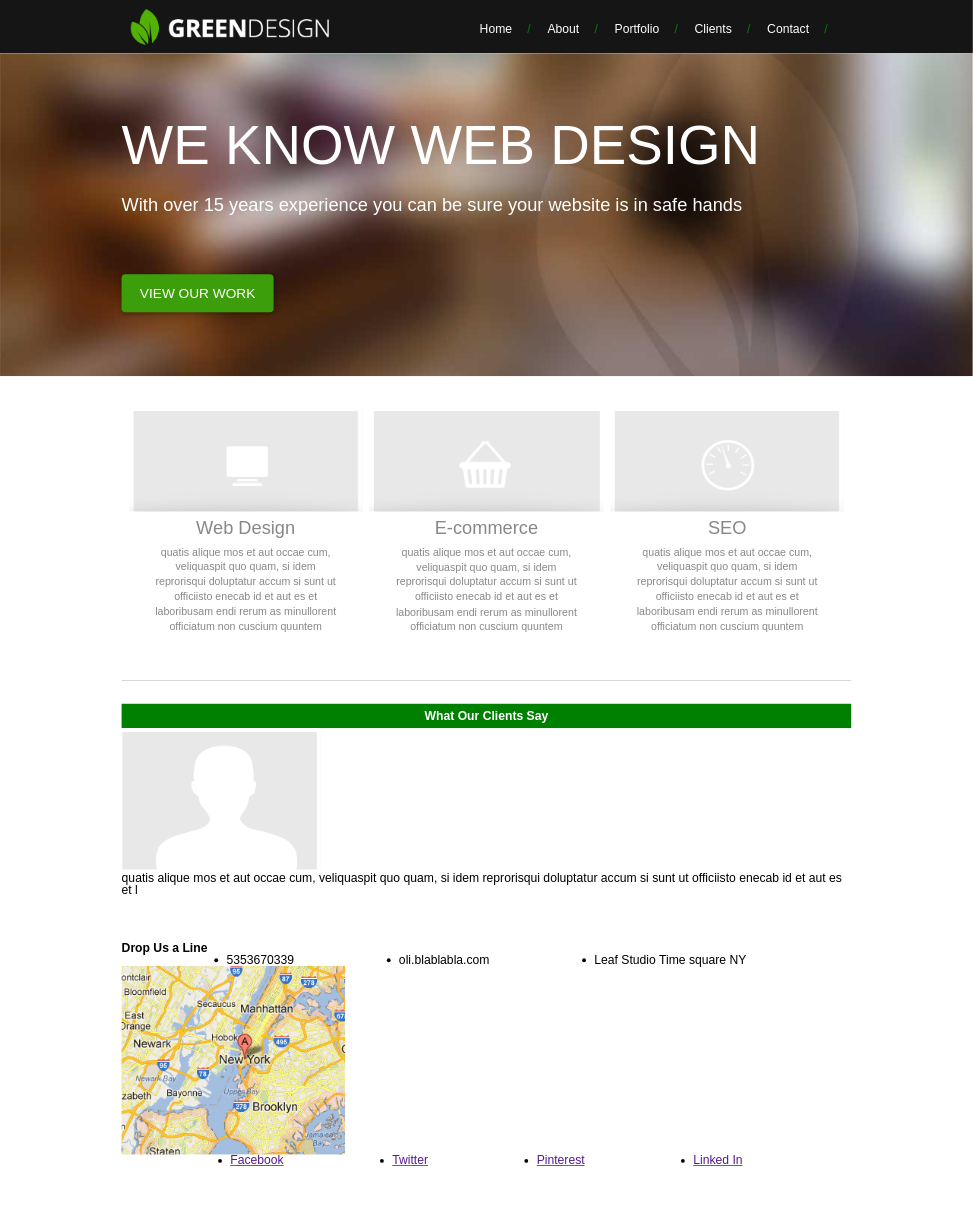
Repository: Piterwk1/psd-to-html
Page: website/index.html
An editor plug-in stored every save of this project. The page is shown before and after the next save, followed by the edit.
The browser window is 1280 px wide. The pictures show the whole page, at 76% of full size.

Above is the page before, as saved 2021-09-14 21:32:40.

After the next save:
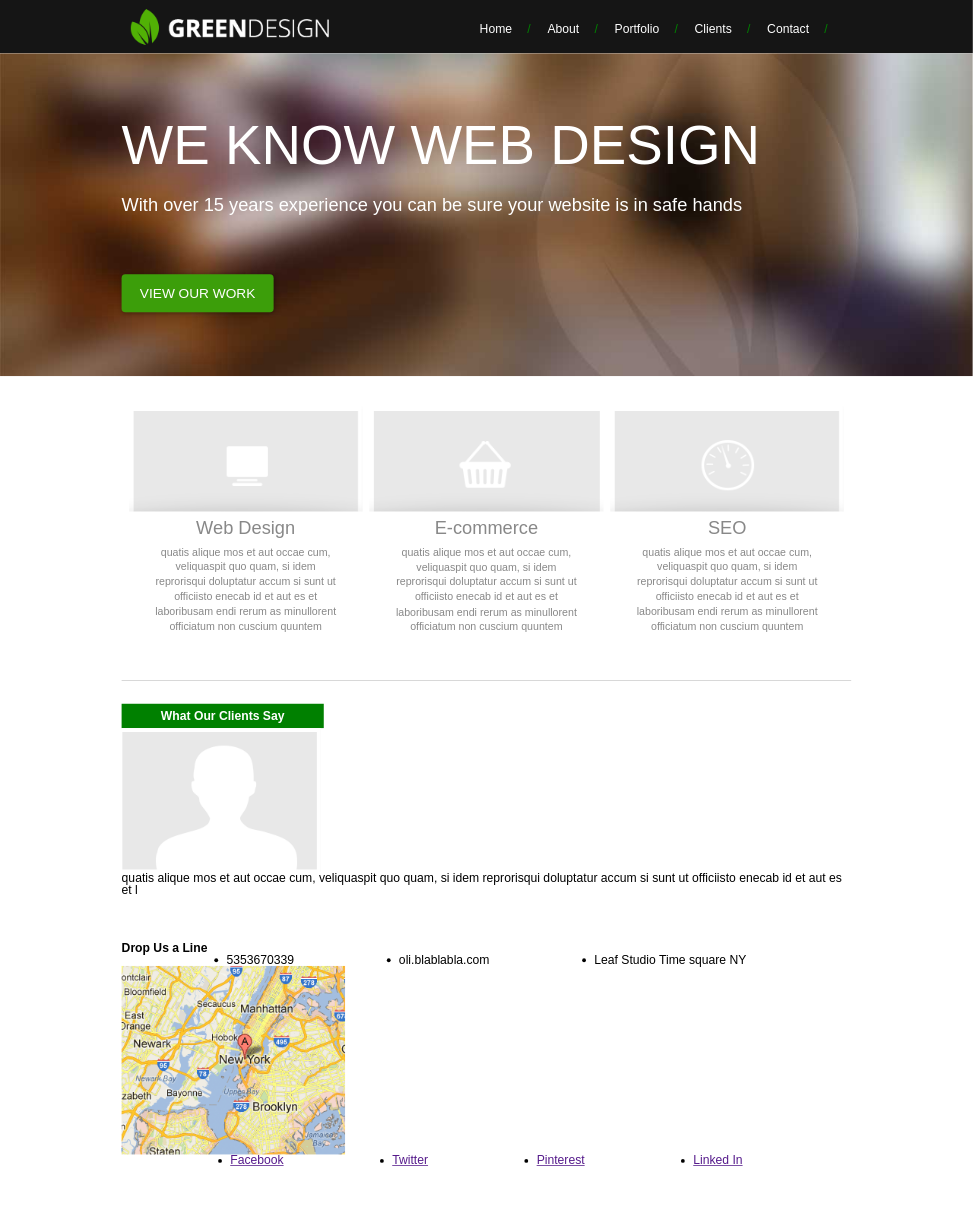
Saved 13 s later.
--- a/website/style.css
+++ b/website/style.css
@@ -332,4 +332,5 @@ background: green;
 color: #fff;
 padding: 8px;
 text-align: center;
-}
+width: 250px;
+}
